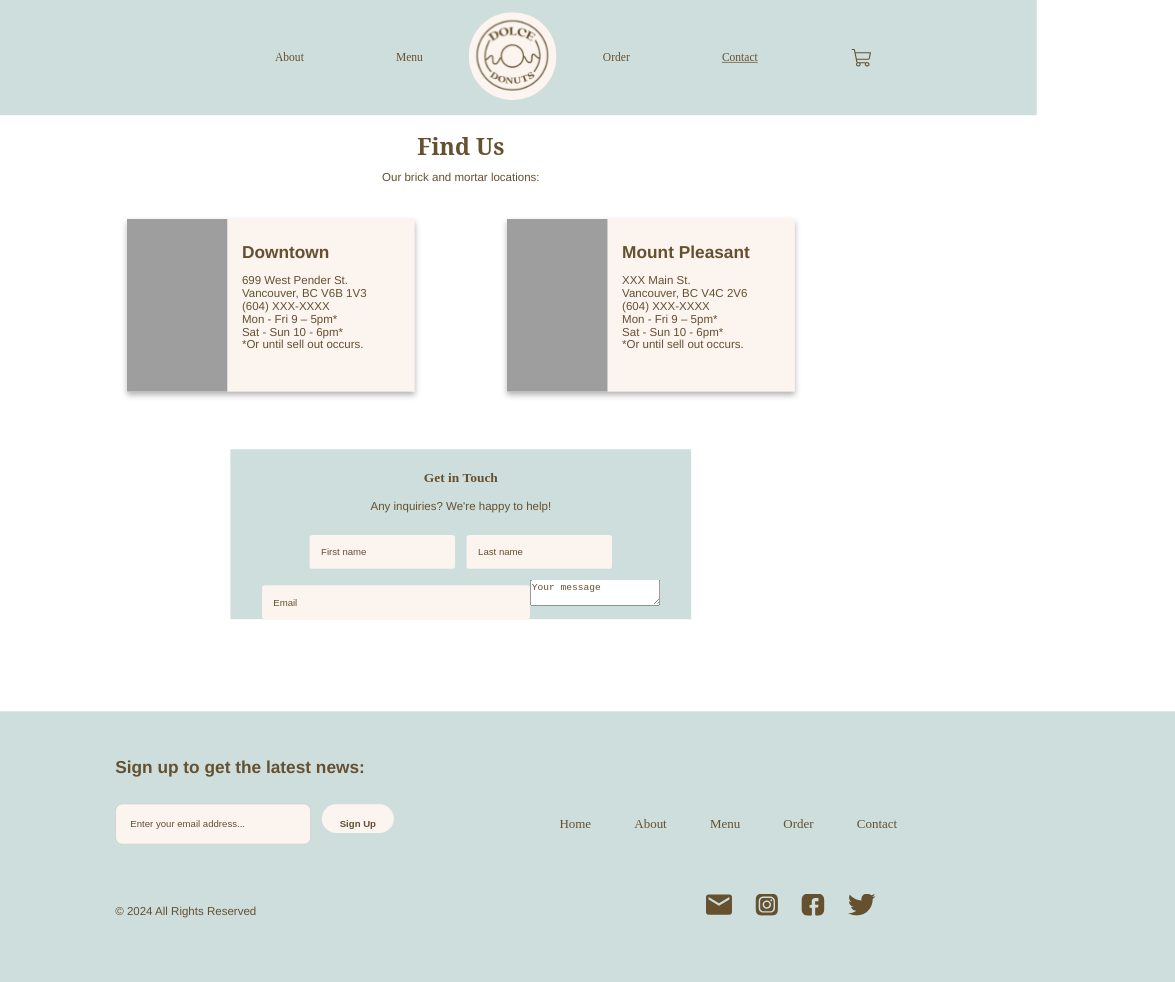
Repository: Crystalhtc/dolcedonuts
Page: /contact
The author's editor kept a copy of each file at every save. The page is drawn from the files as they stood at one save, then again after a run of saves.
The browser window is 1280 px wide. The page is 1632 px wide, so the pictures cover 1632 px, including what lies to the right of the window. The pictures show the whole page, at 72% of full size.
Pictures or frames that could not be fetched are drawn as grey boxes. The project was rebuilt for these pictures with package versions that can differ from the ones it lists, and the page was loaded fresh each time. Also part of the build but not shown: vite.config.js, src/pages/Home.module.css, src/pages/Home.jsx, src/components/ProductCard/ProductCard.jsx, src/Data/products.js, src/pages/Order.css, src/pages/Menu.jsx, src/pages/Order.jsx and 13 more.

Above is the page before, as saved 2024-10-20 15:28:01.

### src/App.jsx
import React from 'react';
import "./App.css";
import { BrowserRouter as Router, Route, Routes } from 'react-router-dom';
import Header from './components/Header/Header';
import Footer from './components/Footer/Footer';
import Home from './pages/Home';
import Menu from './pages/menu';
import Order from './pages/order';
import Contact from './pages/Contact';
import About from './pages/About';
import Checkout from './pages/Checkout';
import Cart from './pages/Cart';
import ProductDetails from './pages/ProductDetails';
import PaymentReview from './pages/PaymentReview';

function App() {

  return (
    <Router>
      <Header />
      <Routes>
        <Route path="/" element={<Home />} />
        <Route path="/about" element={<About />} />
        <Route path="/menu" element={<Menu />} />
        <Route path="/order" element={<Order />} />
        {/* <Route path="/productdetails/:id" element={<ProductDetails />} /> */}
        <Route path="/productdetails" element={<ProductDetails />} />
        <Route path="/contact" element={<Contact />} />
        <Route path="/cart" element={<Cart />} />
        <Route path="/checkout" element={<Checkout />} />
        <Route path="/paymentreview" element={<PaymentReview />} />
      </Routes>
      <Footer />
    </Router>
  );
}

export default App;

### src/App.css
@import url('https://fonts.googleapis.com/css2?family=Arimo:ital,wght@0,400..700;1,400..700&display=swap');
@import url('https://fonts.googleapis.com/css2?family=Noto+Serif:ital,wght@0,100..900;1,100..900&display=swap');

:root {
    --mint: #CEDEDC;
    --cream: #FBF4EF;
    --pink: #F5CCD6;
    --dark-pink: #E3BBC5;
    --brown: #655030;
    --dark-brown: #4C3B22;
}
body {
    margin: 0 auto;
}
/* font */
/* heading, button */
h1 {
    font-family: "Noto Serif", serif;
    color: #655030;
    font-size: 28pt;
}
/* subheading */
h2 {
    font-size: 24pt;
    font-family: 'Arimo', sans-serif;
    color: #655030;
}
/* paragraph */
p {
    font-family: 'Arimo', sans-serif;
    color: #655030;
}

.container {
    max-width: 1440px;
    margin: 0 auto;
    height: auto;
    /* padding: 20px;  */
}

### src/components/Header/Header.jsx
import { NavLink } from 'react-router-dom';
import styles from './Header.module.css';
import logo from '../../assets/logo.svg';
import cartIcon from '../../assets/cart-icon.svg';

export default function Header() {
  return (
    <nav className={styles.nav}>
      <ul className={styles.navList}>
        <li className={styles.navItem}>
          <NavLink to="/about" className={({ isActive }) => (isActive ? styles.activeLink : undefined)}>About</NavLink>
        </li>
        <li className={styles.navItem}>
          <NavLink to="/menu" className={({ isActive }) => (isActive ? styles.activeLink : undefined)}>Menu</NavLink>
        </li>
        <li className={styles.logoContainer}>
          <NavLink to="/">
            <img src={logo} alt="Logo" className={styles.logo} />
          </NavLink>
        </li>
        <li className={styles.navItem}>
          <NavLink to="/order" className={({ isActive }) => (isActive ? styles.activeLink : undefined)}>Order</NavLink>
        </li>
        <li className={styles.navItem}>
          <NavLink to="/contact" className={({ isActive }) => (isActive ? styles.activeLink : undefined)}>Contact</NavLink>
        </li>
        <li className={styles.navItem}>
          <NavLink to="/cart" className={({ isActive }) => (isActive ? styles.activeLink : undefined)}>
            <img src={cartIcon} alt="Cart" className={styles.cartIcon} />
          </NavLink>
        </li>
      </ul>
    </nav>
  );
}

### src/components/Footer/Footer.jsx
import React from 'react';
import styles from './Footer.module.css';
import socialMediaIcons from '../../assets/social-media-icons.svg';

const Footer = () => {
    return (
        <footer className={styles.footer}> {/* Use styles for className */}
            <h2 className={styles.signUpMessage}>Sign up to get the latest news:</h2>

            <div className={styles.topContainer}>
                <div className={styles.newsletterSignup}> {/* Use styles for className */}
                    <input type="email" placeholder="Enter your email address..." />
                       <button className={styles.signupButton}>Sign Up</button> {/* Use styles for className */}
                </div>

                 <div className={styles.footerLinks}>
                     <ul className={styles.linkList}>
                        <li><a href="/">Home</a></li>
                        <li><a href="/about">About</a></li>
                        <li><a href="/menu">Menu</a></li>
                        <li><a href="/order">Order</a></li>
                        <li><a href="/contact">Contact</a></li>
                    </ul>
                </div>
            </div>

            <div className={styles.footerBottomContainer}>
                <p>© 2024 All Rights Reserved</p>
                <div className={styles.socialMedia}> {/* Use styles for className */}
                    <img src={socialMediaIcons} alt="Social Media Icons" />
                </div>
            </div>
        </footer>
    );
};

export default Footer;

### src/pages/Contact.jsx
import styles from './Contact.module.css';
import Form from '../components/ContactUsForm/ContactForm';

export default function Contact() {
    return(
        <div className={styles.contactUsContainer}>
            <h1 className={styles.contactUsH1}>Find Us</h1>
            <p>Our brick and mortar locations:</p>
                <div className={styles.contactUsCardContainer}>
                    <div className={styles.contactUsCard}>
                        <div className={styles.locationOne}>
                            <img src="https://images.unsplash.com/photo-1574033566548-f6c3f48cc11e?q=80&w=2160&auto=format&fit=crop&ixlib=rb-4.0.3&ixid=M3wxMjA3fDB8MHxwaG90by1wYWdlfHx8fGVufDB8fHx8fA%3D%3D"
                            alt="cafe table 1"
                            width={140}
                            height={240}
                            className={styles.contactUsImg}
                            />
                            <div>
                                <h2 className={styles.contactUsText}>Downtown</h2>
                                    <p className={styles.contactUsText}> 699 West Pender St.
                                    <br/>
                                    Vancouver, BC V6B 1V3
                                    <br/>
                                    (604) XXX-XXXX
                                    <br/>
                                    Mon - Fri  9 – 5pm*
                                    <br/>
                                    Sat - Sun 10 - 6pm*
                                    <br/>
                                    *Or until sell out occurs.
                                    </p>
                            </div>

                        </div>
                    </div>

                    <div className={styles.contactUsCard}>
                        <div className={styles.locationOne}>
                            <img src="https://images.unsplash.com/photo-1613274554329-70f997f5789f?q=80&w=2574&auto=format&fit=crop&ixlib=rb-4.0.3&ixid=M3wxMjA3fDB8MHxwaG90by1wYWdlfHx8fGVufDB8fHx8fA%3D%3D"
                            alt="cafe table 2"
                            width={140}
                            height={240}
                            className={styles.contactUsImg}
                            />
                            <div>
                                <h2 className={styles.contactUsText}>Mount Pleasant</h2>
                                    <p className={styles.contactUsText}> XXX Main St.
                                    <br/>
                                    Vancouver, BC V4C 2V6
                                    <br/>
                                    (604) XXX-XXXX
                                    <br/>
                                    Mon - Fri  9 – 5pm*
                                    <br/>
                                    Sat - Sun 10 - 6pm*
                                    <br/>
                                    *Or until sell out occurs.
                                    </p>
                            </div>
                        </div>
                    </div>
                </div>
            <Form/>
        </div>
    )
}

### src/components/Header/Header.module.css
.nav {
    width: 1440px;
    height: 160px;
    background-color: var(--mint);
    display: flex;
    justify-content: center;
    flex-shrink: 0;
    margin: auto;
}

.navList {
    list-style-type: none;
    display: flex;
    justify-content: center;
    align-items: center;
    margin: 0;
    padding: 0;
    width: 100%;

    margin-left: 11%;
}

.navItem {
    margin: 0 4rem;
}

.navItem a {
    text-decoration: none;
    color: var(--brown);
}

.logoContainer {
    flex: 0 0 auto;
}

.logo {
    width: 122px;
    height: 122px;
    object-fit: contain;
}

.cartIcon {
    width: 36px;
    height: auto;
}

.navItem .activeLink {
    text-decoration: underline;
    color: var(--brown);
}

### src/components/Footer/Footer.module.css
.footer {
    width: 1440px;
    height: 312px;
    background-color: var(--mint);
    padding: 2rem;
    color: var(--brown);
    padding-left: 10rem;
    flex-shrink: 0;
    margin: auto;
}

.topContainer {
    display: flex;
    align-items: center;
    gap: 10rem;
}

.footerBottomContainer {
    display: flex;
    margin-top: 3rem;
    gap: 39rem;
}

.newsletterSignup input {
    padding: 20px;
    width: 230px;
    border: 1px solid #ccc;
    background-color: var(--cream);
    border-radius: 10px;
}

.signupButton {
    width: 100px;
    padding: 20px;
    margin-left: 15px;
    background-color: var(--cream);
    color: var(--brown);
    font-weight: bold;
    border: none;
    border-radius: 20px;
}

.footerLinks {
    margin: 20px 0;
    display: flex;
    font-size: large;
}

.linkList a {
    color: var(--brown);
    list-style-type: none;
    text-decoration: none;
}

.linkList li {
    text-decoration: none;
    display: inline;
    margin: 0 30px;
}

.socialMedia img {
    width: 250px;
    height: auto;
}

### src/pages/Contact.module.css
.contactUsContainer {
    text-align: center;
}

.contactUsH1 {
    margin-bottom: -2px;
}

.contactUsCardContainer {
    display: flex;
    gap: 10%;
    justify-content: center;
    margin-top: 3rem;
}

.locationOne {
    display: flex;
}

.contactUsText {
    text-align: left;
    padding-left: 20px;
}

.contactUsCard {
    background-color: var(--cream);
    width: 400px;
    box-shadow: 0 4px 8px rgba(0, 0, 0, 0.3);
    margin-bottom: 5rem;
}

### src/components/ContactUsForm/ContactForm.jsx
import { useState } from "react";
import styles from './ContactForm.module.css';

export default function Form() {
    const [firstName, setFirst] = useState('');
    const [lastName, setLast] = useState('');
    const [submitted, setSubmitted] = useState(false);

    const handleSubmission = async (e) => {
        e.preventDefault();
        console.log('Thank you for your inquiry!');
        setSubmitted(true);
    };

    return (
        <>
            {submitted ? (
                <div className={styles.successfulMessage}>
                    <h2>Thank you for your inquiry!</h2>
                    <p>You will hear from us within 14 business days.</p>
                </div>
            ) : (
                <form onSubmit={handleSubmission} className={styles.formContainer}>
                    <div className={styles.nameContainer}>
                        <h3>Get in Touch</h3>
                        <p>Any inquiries? We're happy to help!</p>
                        <div className={styles.nameFieldContainer}>
                            <div className={styles.nameField}>
                                <input
                                    className={styles.inputWidth}
                                    name="firstName"
                                    placeholder="First name"
                                    type="text"
                                    value={firstName}
                                    onChange={(e) => setFirst(e.target.value)}
                                    required
                                />
                            </div>
                            <div className={styles.nameField}>
                                <input
                                    className={styles.inputWidth}
                                    name="lastName"
                                    placeholder="Last name"
                                    type="text"
                                    value={lastName}
                                    onChange={(e) => setLast(e.target.value)}
                                    required
                                />
                            </div>
                        </div>
                        <div>
                            <input className={styles.formPlaceholders} type="email" name="email" placeholder="Email"/>
                            <textarea name="message" placeholder="Your message"></textarea>
                        </div>
                    </div>

                </form>
            )}
        </>
    );
}

{/* <div className={styles.contactFormContainer}>
            <h2>Get in touch</h2>
            <p>Any inquiries? We're happy to help.</p>
            <form className={styles.form}>
                <div className={styles.formPlaceholdersName}>
                    <input type="text" name="firstName" placeholder="First name"/>
                    <br/>
                    <input type="text" name="lastName" placeholder="Last name"/>
                </div>

                <div className={styles.formPlaceholders}>

                </div>

                <div className={styles.formPlaceholders}>
                    <input type="email" name="email" placeholder="Email"/>
                </div>

                <div className={styles.formPlaceholders}>
                    <textarea name="message" placeholder="Your message"></textarea>
                </div>
            </form>
        </div> */}

### src/pages/Checkout.module.css
.checkoutContainer {
    display: flex;
    align-items: center;
    justify-content: center;
}

input {
    background-color: var(--cream);
    border: none;
    padding: 1rem;
    border-radius: 4px;
}

.contactInputs {
    display: flex;
    flex-direction: column;
}

.checkoutContainer {
    display: flex;
    justify-content: space-between;
    align-items: start;
    padding: 2rem;
    max-width: 1200px;
    margin: 0 auto;
    gap: 3rem;
}

.leftColumn {
    flex: 2;
}

.rightColumn {
    flex: 1;
    padding: 2rem;
    height: fit-content;
    border-left: 1px solid var(--brown);
}

::placeholder {
    color: var(--brown);
}

h3 {
    color: var(--brown);
}

/* Contact Section */
.contactInputs {
    display: flex;
    flex-direction: column;
    gap: 1rem;
}

/* Delivery Section */
.deliveryOptions {
    display: flex;
    flex-direction: column;
    align-items: center;
}

.deliveryToggle {
    display: flex;
    align-items: center;
    gap: 1rem;
    margin: 1rem 0;
    background-color: var(--cream);
    border-radius: 10px;
    padding: 0.5rem;
    width: 60%;
}

/* Delivery Toggle Buttons */
.deliveryToggle {
    display: flex;
    gap: 1rem; /* Space between buttons */
}

.deliveryToggle button {
    padding: 0.75rem 1rem;
    border: none;
    border-radius: 20px;
    cursor: pointer;
    flex: 1;
    transition: background-color 0.3s ease; /* Smooth transition */
}

/* Default styles */
.pickupButton {
    background-color: transparent; /* Inactive state */
    color: var(--brown); /* Text color */
}

.deliveryButton {
    background-color: transparent; /* Inactive state */
    color: var(--brown); /* Text color */
}

/* Active styles */
.pickupButton.active,
.deliveryButton.active {
    background-color: var(--mint); /* Active button color */
}

/* Hover state */
.deliveryToggle button:hover {
    background-color: pink; /* Hover state */
}

/* Optional: Set a specific color for inactive buttons' text */
.deliveryToggle button:not(.active) {
    color: var(--brown); /* Change to desired inactive text color */
}

.addresses {
    display: flex;
    flex-direction: column;
    gap: 1rem;
}

.downtown, .mountPleasant {
    background-color: var(--cream);
    border-radius: 10px;
    padding: 1rem;
    display: flex;
    gap: 1rem;
    align-items: start;
}


/* Payment Section */
.paymentContainer {
    margin: 1rem 0;
}

.creditCardTitle {
    background: var(--mint);
    padding: 0.5rem 1rem;
    margin-bottom: 1rem;
}

.paymentInputs {
    display: flex;
    flex-direction: column;
    gap: 1rem;
}

.fullWidthInput input {
    width: 100%;
}

.halfWidthInput {
    display: flex;
    justify-content: space-between;
}

.firstHalfInput {
    width: 100%;
}

.secondHalfInput {
    width: 100%;
    display: flex;
    justify-content: end;
}

.firstHalfInput input {
    width: 90%;
}

.secondHalfInput input {
    width: 90%;
}

.halfWidthInputField input {
    width: 50%
}

.paymentInputs > div {
    display: flex;
    gap: 1rem;
}

/* Right Column Styling */
.checkoutProducts {
    display: flex;
    flex-direction: column;
    gap: 1rem;
    margin-bottom: 2rem;
}

.discountCode {
    display: flex;
    gap: 1rem;
    margin-bottom: 2rem;
    height: 3rem;
}

.discountInput {
    flex: 1;
    background: none;
    border: 2px solid var(--mint);
}

.discountButton {
    height: 3rem;
    padding: 0 1.5rem;
    background: none;
    border: none;
    border-radius: 10px;
    cursor: pointer;
    background: var(--cream);
}

.discountButton:hover {
    background: var(--brown);
    color: var(--cream);
}

.price {
    display: flex;
    flex-direction: column;
    margin-bottom: 2rem;
}

.subtotal, .tax, .total {
    display: flex;
    justify-content: space-between;
    align-items: center;
}

.total {
    font-weight: bold;
    font-size: 1.2rem;
    border-top: 1px solid #ccc;
    padding-top: 1rem;
}

/* Section Headers */
h1 {
    margin-bottom: 2rem;
    font-size: 2rem;
}

h2 {
    margin: 2rem 0 1rem 0;
    font-size: 1.5rem;
}

/* Responsive Design */
@media (max-width: 768px) {
    .checkoutContainer {
        flex-direction: column;
        padding: 1rem;
    }

    .rightColumn {
        width: 100%;
    }

    .paymentInputs > div,
    .addressInputs > div {
        flex-direction: column;
    }
}

### src/pages/PaymentReview.module.css

.reviewContainer > h1 {
    margin: 2rem auto;
    text-align: center;
    color: var(--brown);
}

.orderReview {
    display: flex;
    justify-content: space-between;
    align-items: start;
    width: 100%;
    gap: 2rem;
}

.orderDetails {
    flex: 2;
    margin-left: 2rem;
}

.orderSummary {
    flex: 1;
    padding: 2rem;
    height: fit-content;
    border-left: 1px solid var(--brown);
}

.orderTable {
    border-collapse: collapse;
    background: var(--cream);
}

.orderTable tr {
    border: 1px solid var(--brown);
}

.orderTable td {
    padding: 1rem;
    color: var(--brown);
}

.orderTable td:first-child {
    font-weight: bold;
    width: 30%;
}

.productList {
    display: flex;
    flex-direction: column;
    gap: 1rem;
    margin-bottom: 2rem;
}

.productCard {
    display: flex;
    gap: 1rem;
    padding: 1rem;
    border: 1px solid var(--brown);
    background-color: var(--cream);
    align-items: start;
    justify-content: start;
}

.productImage {
    width: 80px;
    height: 80px;
    background-color: #f0f0f0;
    border-radius: 4px;
}

.productInfo {
    flex: 1;
    color: var(--brown);
}

.productName {
    font-size: 1.2rem;
    font-weight: bold;
    color: var(--brown);
}

.productPrice {
    color: var(--brown);
    font-weight: bold;
}

.priceSummary {
    display: flex;
    flex-direction: column;
    margin-bottom: 2rem;
}

.subtotal, .tax, .total {
    display: flex;
    justify-content: space-between;
    align-items: center;
    color: var(--brown);
}

.total {
    font-weight: bold;
    font-size: 1.2rem;
    border-top: 1px solid var(--brown);
    padding-top: 1rem;
}

.continueButtonContainer {
    width: 100%;
    display: flex;
    justify-content: center;
    margin-top: 2rem;
}

.continueButton {
    width: 50%;
}

/* Section Headers */
h1 {
    margin-bottom: 2rem;
    font-size: 2rem;
    color: var(--brown);
}

/* Responsive Design */
@media (max-width: 768px) {
    .reviewContainer {
        padding: 1rem;
    }

    .orderSummary {
        width: 100%;
        border-left: none;
        border-top: 1px solid var(--brown);
        padding-top: 2rem;
    }

    .continueButton button {
        width: 100%;
    }

    .orderTable td {
        display: block;
        width: 100%;
    }

    .orderTable td:first-child {
        width: 100%;
        padding-bottom: 0;
    }
}

### src/components/ProductCard/ProductCard.module.css
.container {
    width: 340px;
    height: 530px;
    border-radius: 8px;
    padding: 18px 8px;
    box-shadow: 0px 4px 4px 0px rgba(0, 0, 0, 0.25);
    display: flex;
    flex-direction: column;
    align-items: center;
}
.priceAndButton {
    display: flex;
    flex-direction: row;
    align-items: center;
    gap: 10em;
}
button {
    width: 95px;
    height: 36px;
    border-radius: 8px;
    border: none;
    color: var(--brown);
    background: var(--Cream, #FBF4EF);
}
button h2 {
    margin: 0;
}

### src/components/ContactUsForm/ContactForm.module.css
.form {
    justify-content: left;
    text-align: left;
}
.formPlaceholdersName {
    display: flex;
}

.contactFormContainer {
    text-align: center;
}

.nameFieldContainer {
    display: flex;
    justify-content: center;
    gap: 1rem;
    padding-top: 15px;
    padding-bottom: 15px;
}

.inputWidth{
    width: 170px;
}

.formPlaceholders {
    width: 340px;
}

form {
    background-color: var(--mint);
    margin-left: 25%;
    margin-right: 25%;
    margin-bottom: 10%;
    padding-top: 10px;
}

Loaded but not shown: index.html (common file); src/main.jsx (common file)

After the next 3 saves:
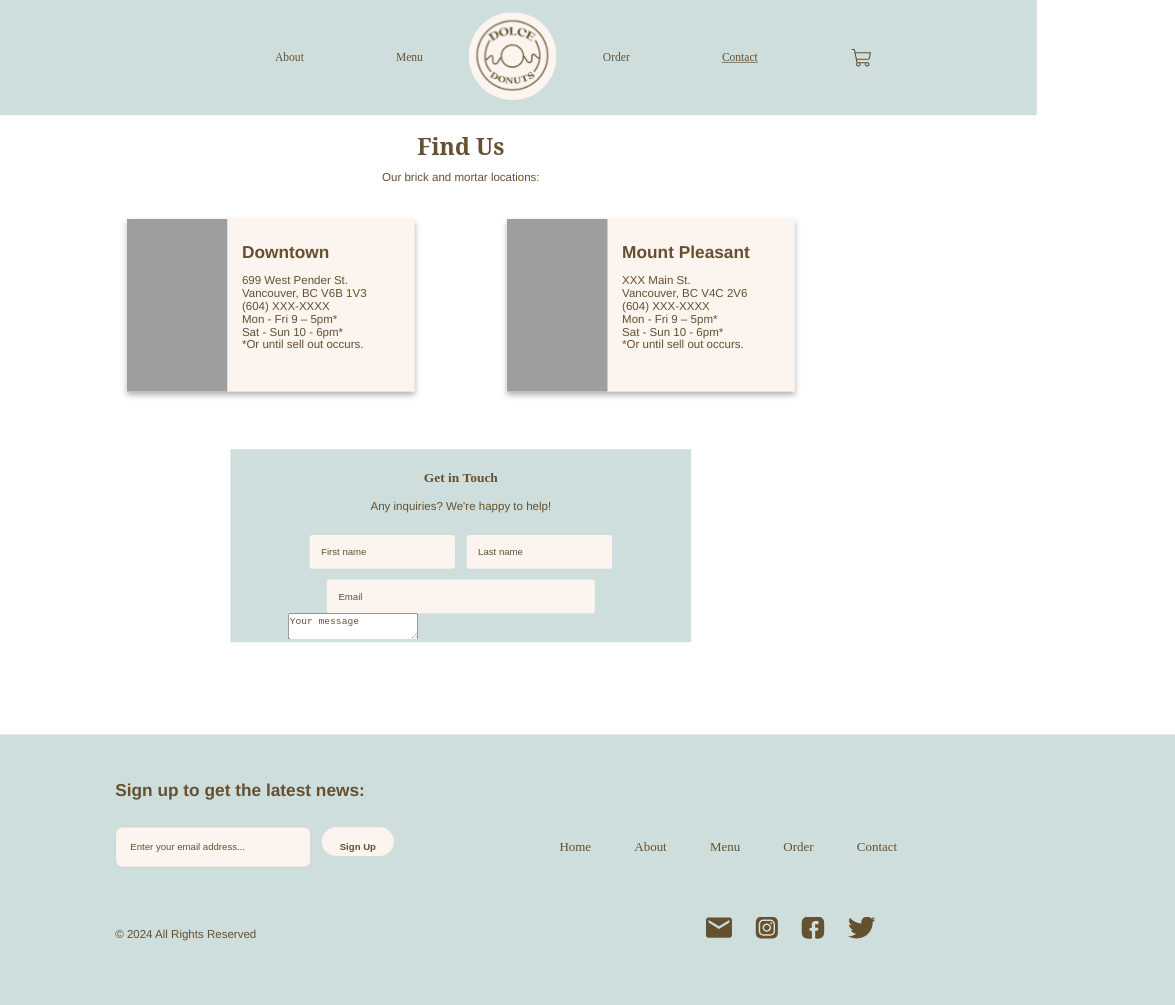
The 3 saves are shown as one change because they came seconds apart.
The last was saved 14 s later.
--- a/src/components/ContactUsForm/ContactForm.jsx
+++ b/src/components/ContactUsForm/ContactForm.jsx
@@ -50,6 +50,9 @@ export default function Form() {
                         </div>
                         <div>
                             <input className={styles.formPlaceholders} type="email" name="email" placeholder="Email"/>
+                        </div>
+
+                        <div className={styles.formPlaceholders}>
                             <textarea name="message" placeholder="Your message"></textarea>
                         </div>
                     </div>
